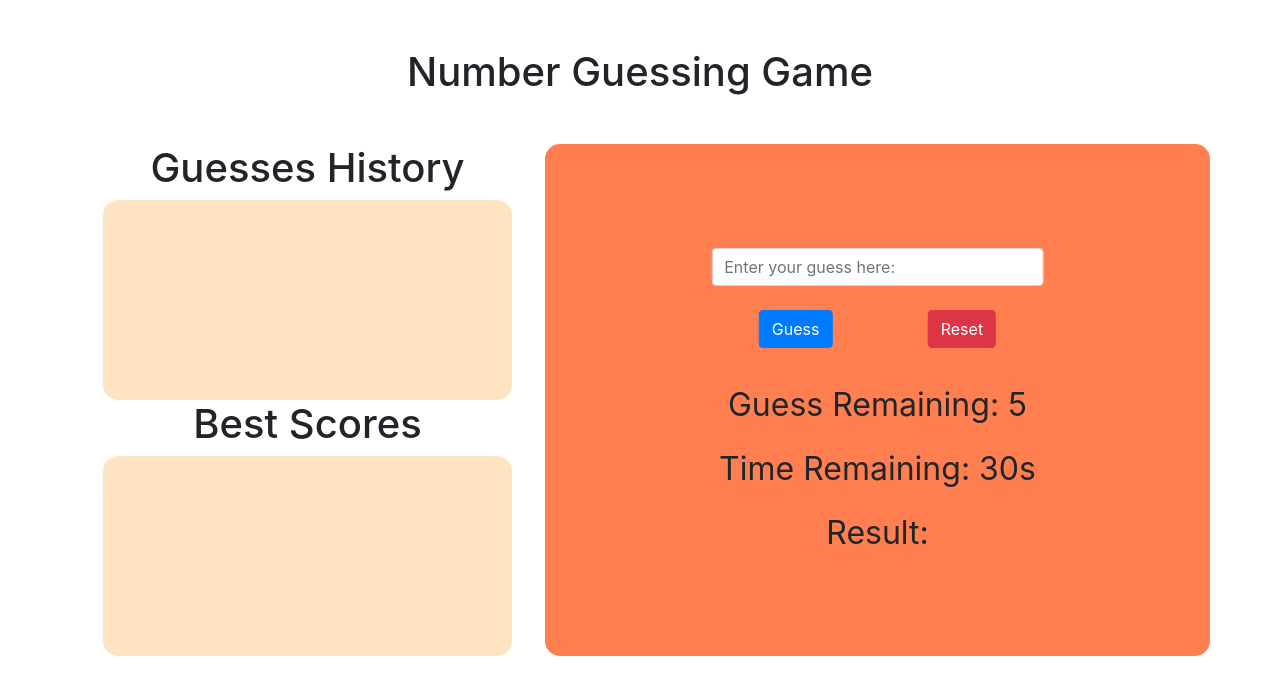
Repository: tts2610/NumberGuessingGame
Page: index.html
The author's editor kept a copy of each file at every save. The page is drawn from the files as they stood at one save, then again after the next save.
The browser window is 1280 px wide. The pictures show the whole page.
After loading, the first visible `#startGameBtn` was clicked once.

Above is the page before, as saved 2020-05-13 12:56:49.

After the next save:
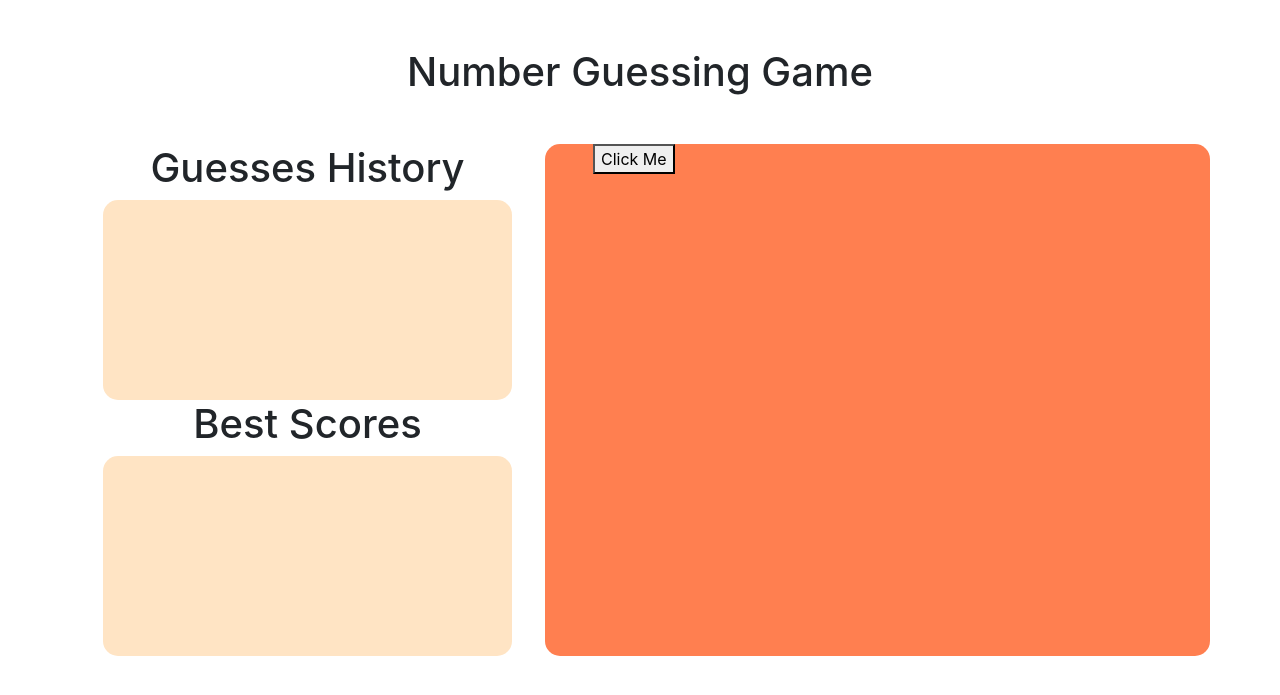
Console error: SyntaxError: Unexpected end of input
Saved 4 s later.
--- a/js/script.js
+++ b/js/script.js
@@ -1,15 +1,15 @@
 let div = document.getElementById("inputDiv");
 let startGameBtn = document.getElementById("startGameBtn");
 $(document).ready(function() {
-    div.style.display = "none";
-    div.style.transition = "opacity 1s ease-out";
-    opacity: 0;
-});
+            div.style.display = "none";
+            //     div.style.transition = "opacity 1s ease-out";
+            //     opacity: 0;
+            // });
 
-function startGame() {
-    if (div.style.display === "none") {
-        div.style.display = "block";
-        div.style.transition = "opacity 3s ease-out"
-        startGameBtn.style.display = "none";
-    }
-}
+            function startGame() {
+                if (div.style.display === "none") {
+                    div.style.display = "block";
+                    div.style.transition = "opacity 3s ease-out"
+                    startGameBtn.style.display = "none";
+                }
+            }

After the save that followed:
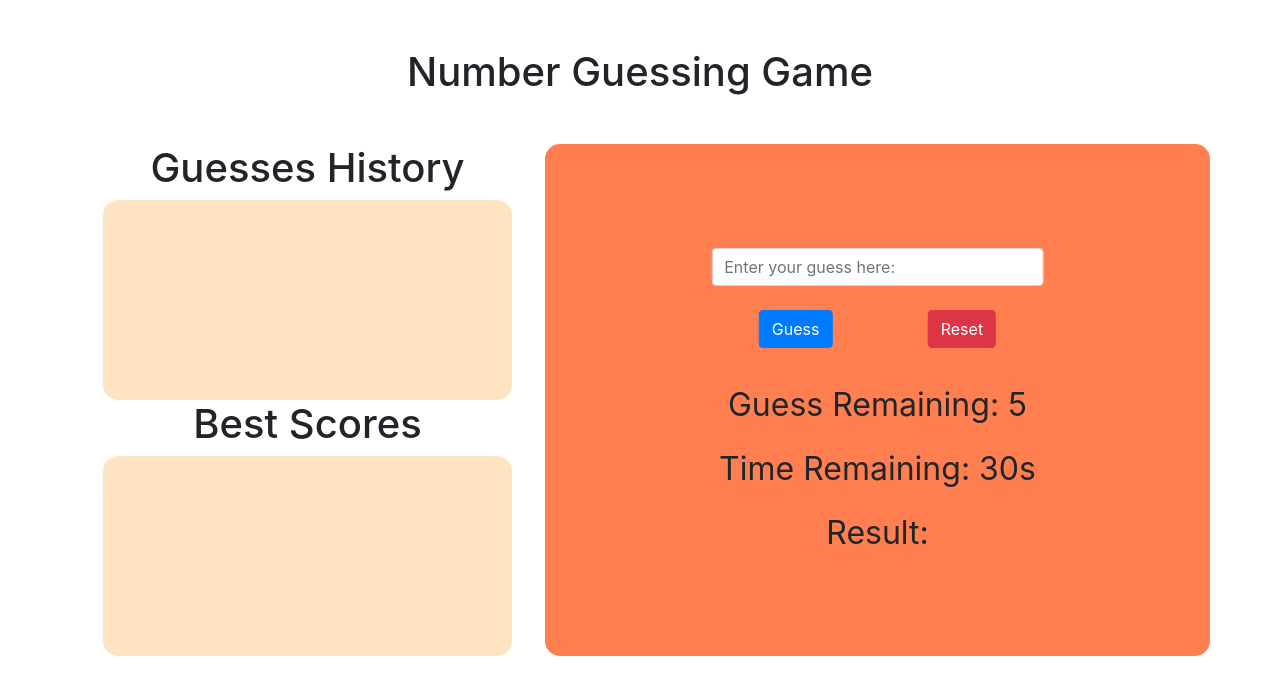
The error is gone.
Saved 4 s later.
--- a/js/script.js
+++ b/js/script.js
@@ -1,15 +1,15 @@
 let div = document.getElementById("inputDiv");
 let startGameBtn = document.getElementById("startGameBtn");
 $(document).ready(function() {
-            div.style.display = "none";
-            //     div.style.transition = "opacity 1s ease-out";
-            //     opacity: 0;
-            // });
+    div.style.display = "none";
+    //     div.style.transition = "opacity 1s ease-out";
+    //     opacity: 0;
+});
 
-            function startGame() {
-                if (div.style.display === "none") {
-                    div.style.display = "block";
-                    div.style.transition = "opacity 3s ease-out"
-                    startGameBtn.style.display = "none";
-                }
-            }
+function startGame() {
+    if (div.style.display === "none") {
+        div.style.display = "block";
+        div.style.transition = "opacity 3s ease-out"
+        startGameBtn.style.display = "none";
+    }
+}
